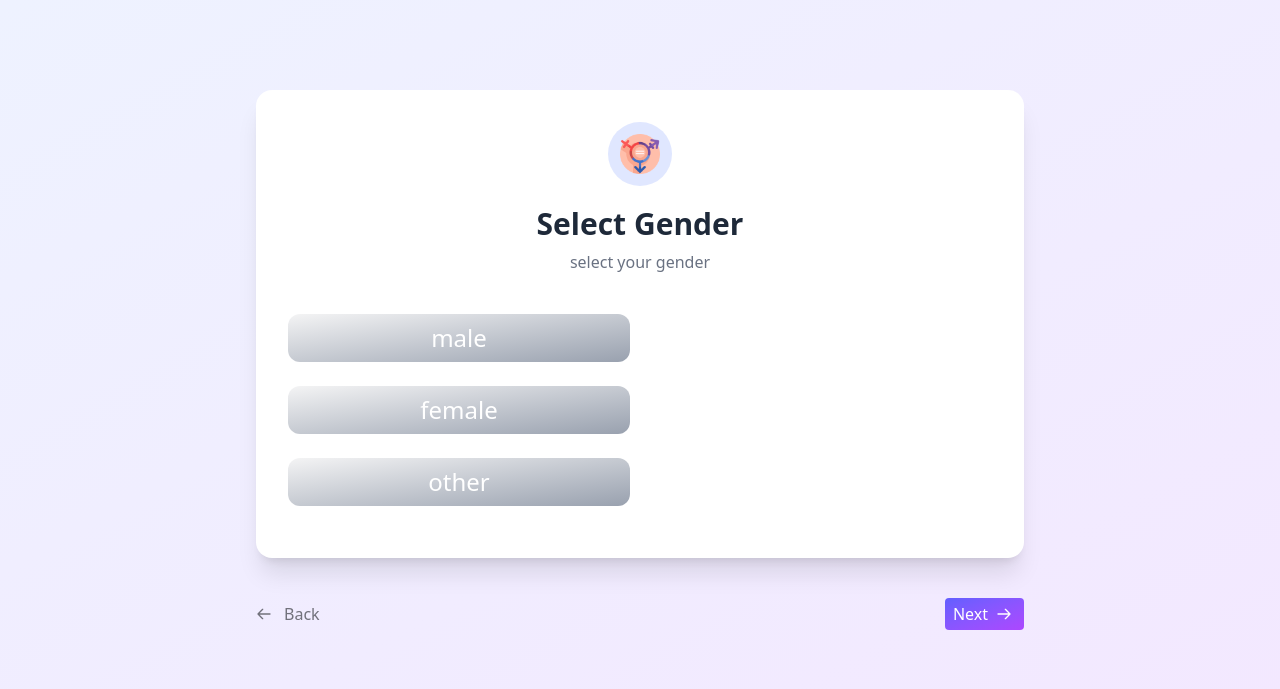
Repository: aryan151pratap/FitPanda
Page: / (app in frontened/)
These files come from the project's save history. The page is drawn as it stood at one moment and after the next save; the edit follows.
The browser window is 1280 px wide. The pictures show the whole page.
The project was rebuilt for these pictures with package versions that can differ from the ones it lists, and the page was loaded fresh each time. Also part of the build but not shown: frontened/vite.config.js, frontened/src/App.css, frontened/src/components/page_1.jsx, frontened/src/login/login.jsx, frontened/src/login/sign_up.jsx, frontened/src/login/otp.jsx, frontened/src/notification/notify.jsx, frontened/src/about_user/details.jsx. Imported but missing from the stored project, and not drawn on this page: frontened/src/video/female_video.mp4.

Above is the page before, as saved 2025-06-05 00:44:20.

### frontened/src/App.jsx
import { useState } from 'react'
import './App.css'
import Page_1 from './components/page_1';
import Sign_up from './login/sign_up';
import Otp from './login/otp';
import Notify from './notification/notify';
import Save_data from './about_user/save_data';

function App() {
	const [otp, setOtp] = useState(true);

  const [data, setData] = useState({});
  const [login, setLogin] = useState(true);

  const [notification, setNotification] = useState('');


  return (
    <>
    <div className=''>
      {!login ?
        <div>
        {otp ?
        <Sign_up setOtp={setOtp} setEmail={setData} setNotification={setNotification}/>
        :
        <Otp setOtp={setOtp} data={data} setNotification={setNotification}/>
        }
        </div>
        :
        <div>
          {/* <Page_1/> */}
          <Save_data/>
        </div>
      }

      <div>
        {notification.length > 0 &&
          <Notify notification={notification} setNotification={setNotification}/>
        }
      </div>
    </div>
    </>
  )
}

export default App

### frontened/src/about_user/save_data.jsx
import { useState } from "react";
import Gender from "./gender";
import Details from "./details";

function Save_data(){

	const [next, setNext] = useState([Gender, Details])
	return(
		<>
		<div className="min-h-screen bg-gradient-to-br from-indigo-50 to-purple-100 flex items-center justify-center p-4">
			<div className="w-full sm:max-w-xl md:max-w-3xl">
				<Gender/>
				<div className="mt-10 flex justify-between">
					<button className="text-zinc-500 flex items-center gap-2 hover:text-zinc-700 cursor-pointer">
						<svg xmlns="http://www.w3.org/2000/svg" className="h-4 w-4 mr-1" fill="none" viewBox="0 0 24 24" stroke="currentColor">
						<path strokeLinecap="round" strokeLinejoin="round" strokeWidth={2} d="M10 19l-7-7m0 0l7-7m-7 7h18" />
						</svg>
						<span className="">Back</span>
					</button>
					<button className="text-white px-2 py-1 rounded-sm bg-gradient-to-br from-indigo-500 to-purple-500 flex gap-2 items-center">
						<span>Next</span>
						<svg xmlns="http://www.w3.org/2000/svg" className="h-4 w-4 mr-1" fill="none" viewBox="0 0 24 24" stroke="currentColor">
							<path strokeLinecap="round" strokeLinejoin="round" strokeWidth={2} d="M14 5l7 7m0 0l-7 7m7-7H3" />
						</svg>
					</button>
				</div>
			</div>
		</div>

		</>
	)
}

export default Save_data;

### frontened/src/about_user/gender.jsx
import { useState } from "react";
import gender_img from '../image/gender.png';
import male_panda from '../image/male_panda.png';
import female_panda from '../image/female_panda.png';
import female_video from '../video/female_video.mp4'

function Gender({ setNotification } ){
	const [gender, setGender] = useState('');
	const [image, setImage] = useState();

	const gen = [
		{name: 'male', image: male_panda},
		{name: 'female', image: female_panda},
		{name: 'other', image: male_panda}
	];

	const handle_select_gender = function(i){
		setGender(i.name);
		setImage(i.image);
	}

	return(
			<div className="bg-white rounded-2xl shadow-xl overflow-hidden p-8">
				<div className="text-center">
					<div className="mx-auto flex items-center justify-center w-16 h-16 bg-indigo-100 rounded-full mb-5">
					{gender === "male" ?
						<svg xmlns="http://www.w3.org/2000/svg" className="h-8 w-8 text-blue-600" fill="none" viewBox="0 0 24 24" stroke="currentColor">
							<path strokeLinecap="round" strokeLinejoin="round" strokeWidth={2} d="M13 7h4a1 1 0 011 1v4m-7 7a5 5 0 100-10 5 5 0 000 10zm6-10l-5 5" />
						</svg>
						: gender === 'female' ?
						<svg xmlns="http://www.w3.org/2000/svg" className="h-8 w-8 text-pink-600" fill="none" viewBox="0 0 24 24" stroke="currentColor">
							<path strokeLinecap="round" strokeLinejoin="round" strokeWidth={2} d="M12 14v7m0 0h3m-3 0H9m3-7a5 5 0 100-10 5 5 0 000 10z" />
						</svg>
						: gender === 'other' ?
						<svg xmlns="http://www.w3.org/2000/svg" className="h-8 w-8 text-purple-600" fill="none" viewBox="0 0 24 24" stroke="currentColor">
							<path strokeLinecap="round" strokeLinejoin="round" strokeWidth={2} d="M12 3v3m0 0a5 5 0 110 10m0-10a5 5 0 100 10m0 0v4m-3 0h6" />
						</svg>
						:
						<div>
							<img src={gender_img} alt="" className="h-10 w-10"/>
						</div>
					}
					</div>
					<h2 className="text-3xl font-bold text-gray-800">Select Gender</h2>
					<p className="text-gray-500 mt-2">
						select your gender
						<span className="block font-medium text-indigo-600"></span>
					</p>
				</div>

				<div className="flex grid grid-cols-2 gap-5 justify-between py-5 items-center">
					<div className="w-fill flex flex-col gap-6 mt-5">
					{gen.map((i, index) => (
						<div key={index} className="">
							<button className={`w-full p-2 text-white text-2xl rounded-xl bg-gradient-to-br ${gender === i.name ? 'from-indigo-500 to-purple-500' : 'from-zinc-100 to-gray-400'} cursor-pointer transition hover:px-4`}
							onClick={() => handle_select_gender(i)}
							>
								{i.name}
							</button>
						</div>
					))}
					</div>
					<div className="w-full flex items-center justify-center">
						{image &&
						<>
						{gender === 'female' ?
							<video
							autoPlay
							loop
							muted
							playsInline
							className="w-64 h-64 rounded-lg"
							>
							<source src={female_video} type="video/mp4" />
							Your browser does not support the video tag.
							</video>
							:
							<img src={image} alt="" />
						}
						</>
						}
					</div>
				</div>

			</div>

	)
}

export default Gender;

Loaded but not shown: frontened/index.html (common file); frontened/src/main.jsx (common file)

After the next save:
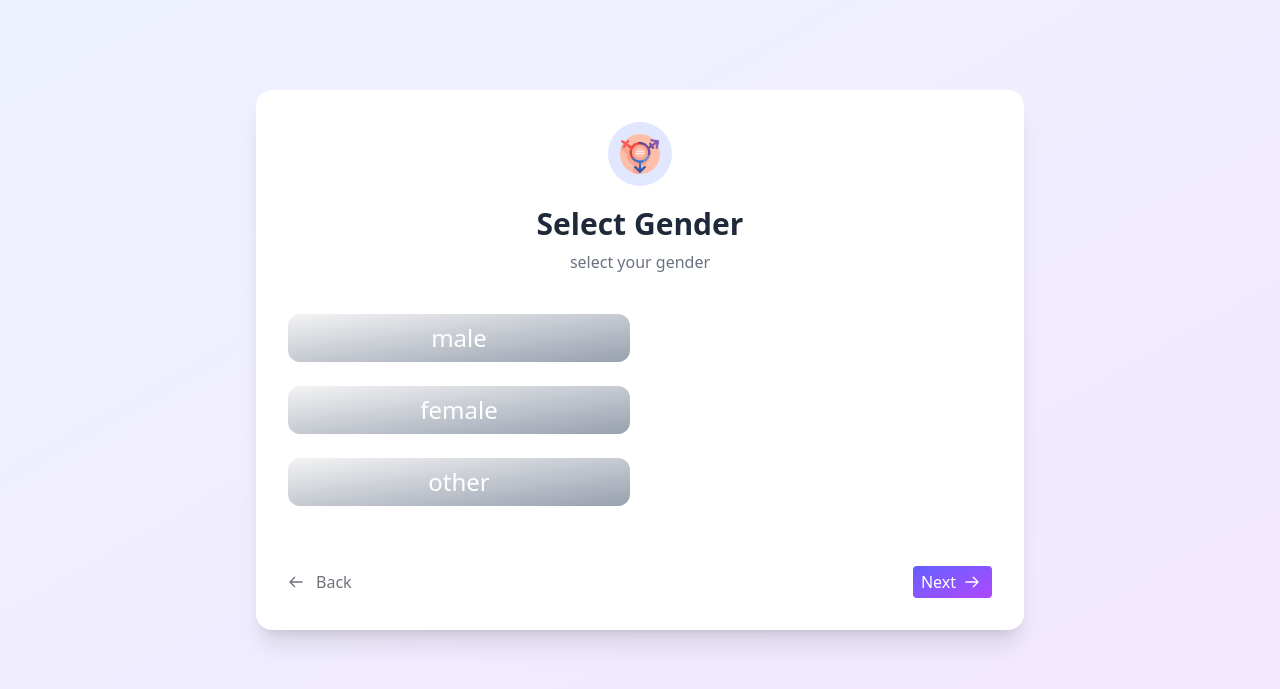
Saved 4 min 3 s later.
--- a/frontened/src/about_user/save_data.jsx
+++ b/frontened/src/about_user/save_data.jsx
@@ -9,20 +9,22 @@ function Save_data(){
 		<>
 		<div className="min-h-screen bg-gradient-to-br from-indigo-50 to-purple-100 flex items-center justify-center p-4">
 			<div className="w-full sm:max-w-xl md:max-w-3xl">
-				<Gender/>
-				<div className="mt-10 flex justify-between">
-					<button className="text-zinc-500 flex items-center gap-2 hover:text-zinc-700 cursor-pointer">
-						<svg xmlns="http://www.w3.org/2000/svg" className="h-4 w-4 mr-1" fill="none" viewBox="0 0 24 24" stroke="currentColor">
-						<path strokeLinecap="round" strokeLinejoin="round" strokeWidth={2} d="M10 19l-7-7m0 0l7-7m-7 7h18" />
-						</svg>
-						<span className="">Back</span>
-					</button>
-					<button className="text-white px-2 py-1 rounded-sm bg-gradient-to-br from-indigo-500 to-purple-500 flex gap-2 items-center">
-						<span>Next</span>
-						<svg xmlns="http://www.w3.org/2000/svg" className="h-4 w-4 mr-1" fill="none" viewBox="0 0 24 24" stroke="currentColor">
-							<path strokeLinecap="round" strokeLinejoin="round" strokeWidth={2} d="M14 5l7 7m0 0l-7 7m7-7H3" />
-						</svg>
-					</button>
+				<div className="bg-white rounded-2xl shadow-xl overflow-hidden p-8">
+					<Gender/>
+					<div className="mt-10 flex justify-between">
+						<button className="text-zinc-500 flex items-center gap-2 hover:text-zinc-700 cursor-pointer">
+							<svg xmlns="http://www.w3.org/2000/svg" className="h-4 w-4 mr-1" fill="none" viewBox="0 0 24 24" stroke="currentColor">
+							<path strokeLinecap="round" strokeLinejoin="round" strokeWidth={2} d="M10 19l-7-7m0 0l7-7m-7 7h18" />
+							</svg>
+							<span className="">Back</span>
+						</button>
+						<button className="text-white px-2 py-1 rounded-sm bg-gradient-to-br from-indigo-500 to-purple-500 flex gap-2 items-center">
+							<span>Next</span>
+							<svg xmlns="http://www.w3.org/2000/svg" className="h-4 w-4 mr-1" fill="none" viewBox="0 0 24 24" stroke="currentColor">
+								<path strokeLinecap="round" strokeLinejoin="round" strokeWidth={2} d="M14 5l7 7m0 0l-7 7m7-7H3" />
+							</svg>
+						</button>
+					</div>
 				</div>
 			</div>
 		</div>
--- a/frontened/src/about_user/gender.jsx
+++ b/frontened/src/about_user/gender.jsx
@@ -20,7 +20,7 @@ function Gender({ setNotification } ){
 	}
 
 	return(
-			<div className="bg-white rounded-2xl shadow-xl overflow-hidden p-8">
+			<div>
 				<div className="text-center">
 					<div className="mx-auto flex items-center justify-center w-16 h-16 bg-indigo-100 rounded-full mb-5">
 					{gender === "male" ?
